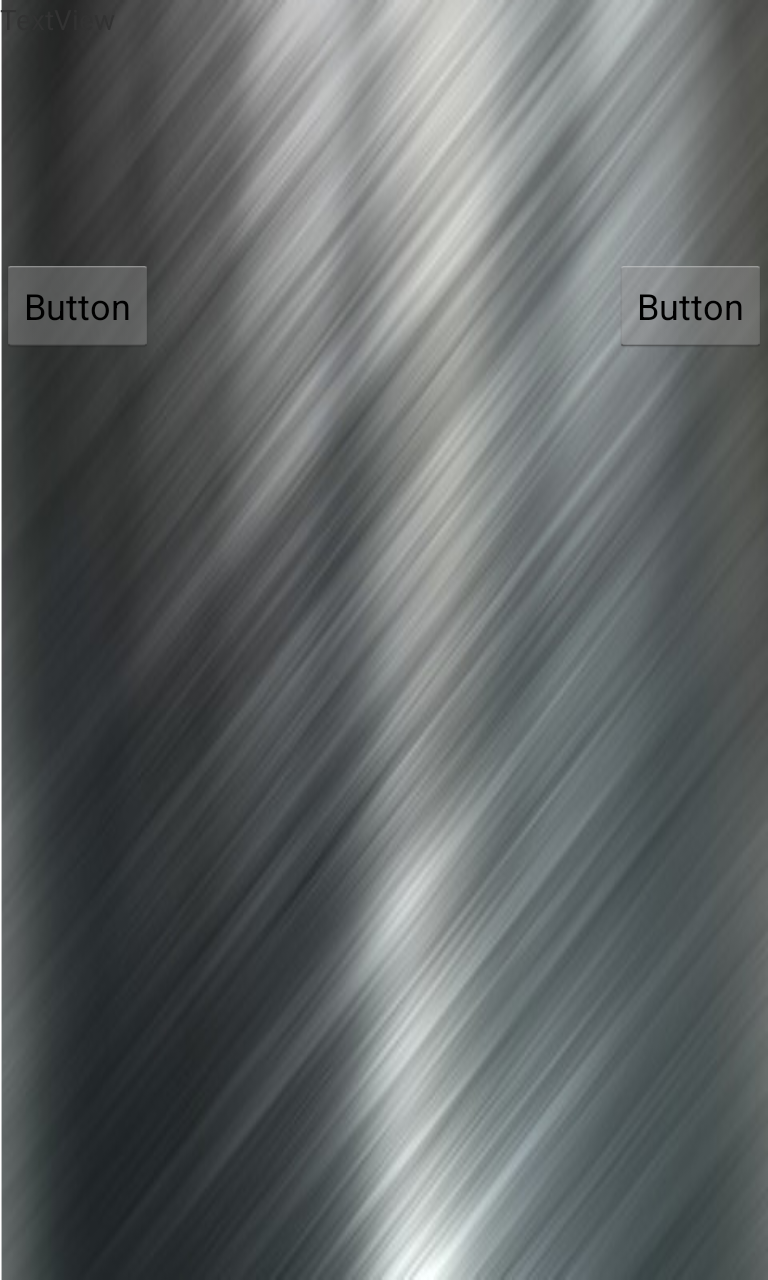
Repository: KrzysztofWolinski/WiesFight_Project
Layout: WiesFight/res/layout/dialog_exit.xml
The author's editor kept a copy of each file at every save. The layout is drawn from the files as they stood at one save, then again after the next save.
It is drawn on a 768 x 1280 px phone screen (xhdpi) without system bars, with theme AppTheme; the app's code is not run.

Above is the layout before, as saved 2014-11-09 21:04:06.

### WiesFight/res/layout/dialog_exit.xml
<?xml version="1.0" encoding="utf-8"?>
<RelativeLayout xmlns:android="http://schemas.android.com/apk/res/android"
    android:layout_width="wrap_content"
    android:layout_height="wrap_content"
    android:orientation="vertical"
    android:background="@drawable/bg" >

    <TextView
        android:id="@+id/textView1"
        android:layout_width="wrap_content"
        android:layout_height="wrap_content"
        android:text="TextView" />

        <Button
            android:id="@+id/button2"
            android:layout_width="wrap_content"
            android:layout_height="wrap_content"
            android:layout_alignParentLeft="true"
            android:layout_below="@+id/textView1"
            android:layout_marginTop="110dp"
            android:text="Button" />

        <Button
            android:id="@+id/button1"
            android:layout_width="wrap_content"
            android:layout_height="wrap_content"
            android:layout_alignBaseline="@+id/button2"
            android:layout_alignBottom="@+id/button2"
            android:layout_alignParentRight="true"
            android:text="Button" />

</RelativeLayout>

Loaded but not shown: WiesFight/res/values/styles.xml (common file); WiesFight/res/values-v11/styles.xml (common file); WiesFight/res/values-v14/styles.xml (common file)

After the next save:
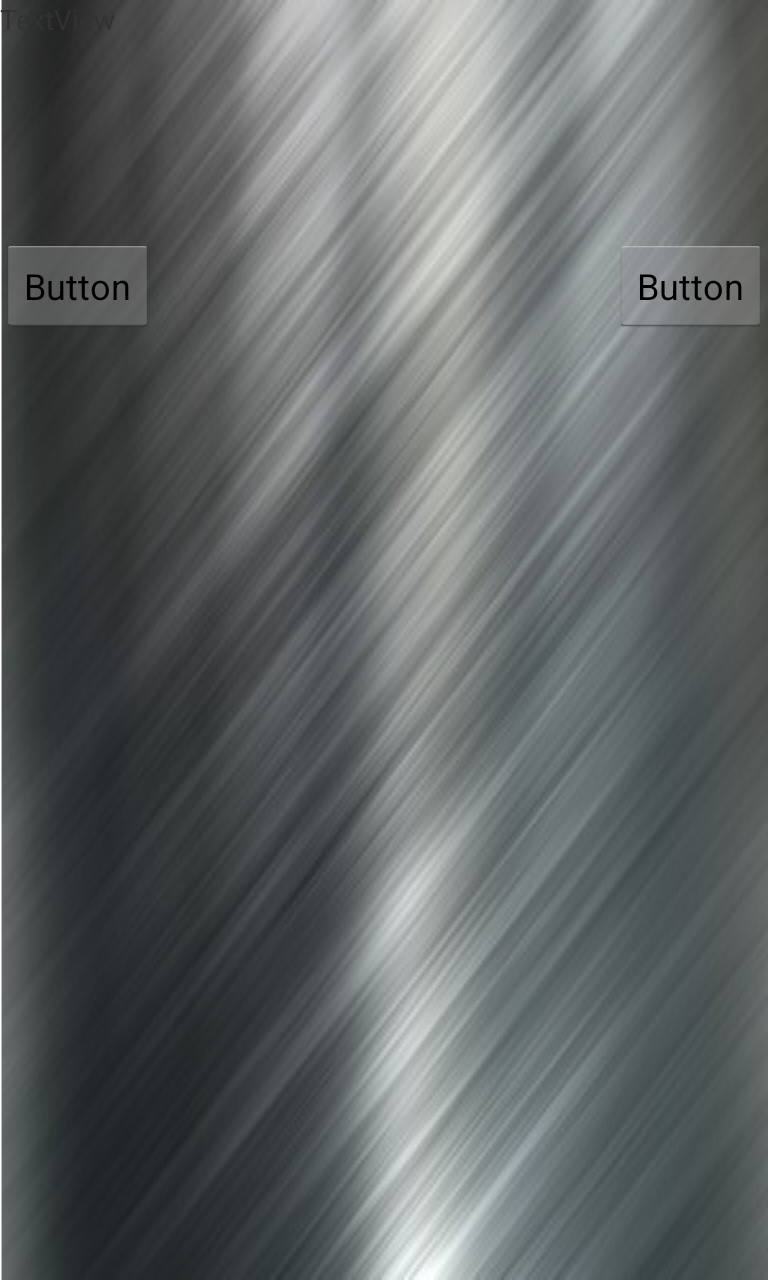
Saved 47 s later.
--- a/WiesFight/res/layout/dialog_exit.xml
+++ b/WiesFight/res/layout/dialog_exit.xml
@@ -17,7 +17,7 @@
             android:layout_height="wrap_content"
             android:layout_alignParentLeft="true"
             android:layout_below="@+id/textView1"
-            android:layout_marginTop="110dp"
+            android:layout_marginTop="100dp"
             android:text="Button" />
 
         <Button
